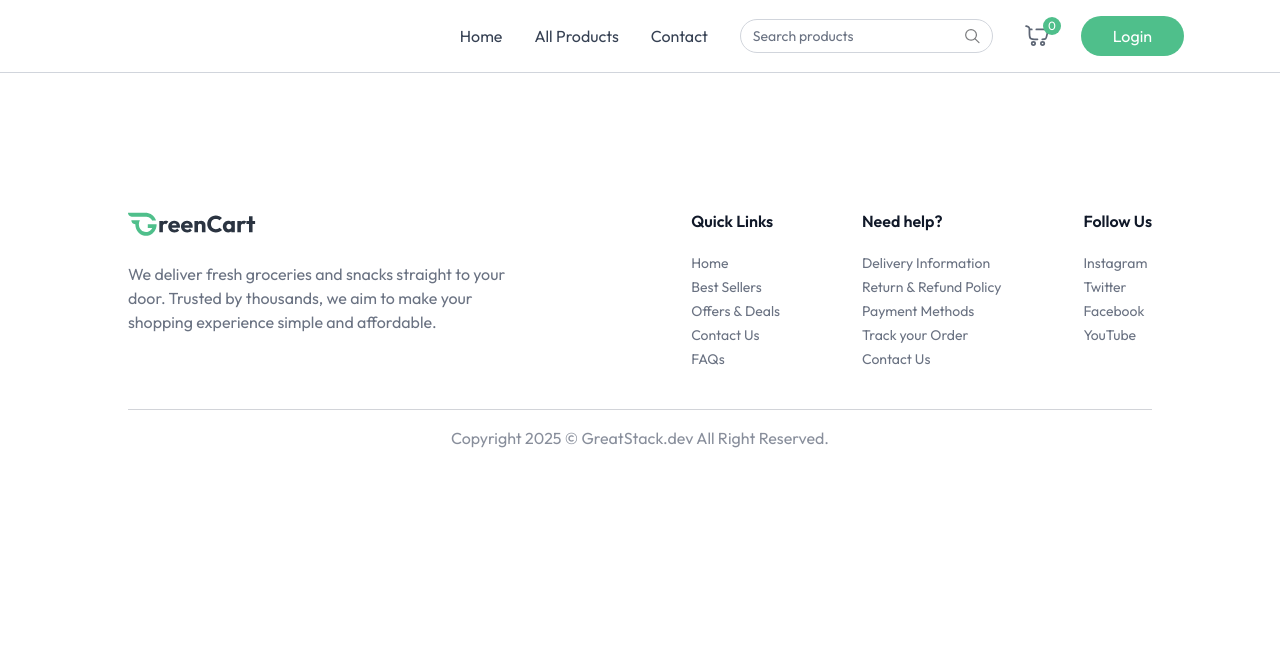
Repository: deepak445566/agro
Page: /cart (app in client/)
The author's editor kept a copy of each file at every save. The page is drawn from the files as they stood at one save, then again after the next save.
The browser window is 1280 px wide. The pictures show the whole page.
The page's requests for data from a server got no answer. Some web fonts or font styles are not loaded; a fallback is used. The project was rebuilt for these pictures with package versions that can differ from the ones it lists, and the page was loaded fresh each time. No one was signed in, and anything a server would have sent is missing. Also part of the build but not shown: client/vite.config.js, client/src/components/MainBanner.jsx, client/src/components/ProductCard.jsx, client/src/components/BestSeller.jsx, client/src/components/BottomBanner.jsx, client/src/components/NewsLetter.jsx, client/src/pages/Home.jsx, client/src/components/Login.jsx and 12 more.

Above is the page before, as saved 2025-12-14 14:24:45.

### client/index.html
<!doctype html>
<html lang="en">
  <head>
    <meta charset="UTF-8" />
    <link rel="icon" type="image/svg+xml" href="/favicon.svg" />
    <meta name="viewport" content="width=device-width, initial-scale=1.0" />
    <title>Grocery</title>
  </head>
  <body>
    <div id="root"></div>
    <script type="module" src="/src/main.jsx"></script>
  </body>
</html>

### client/src/main.jsx
import { StrictMode } from 'react'
import { createRoot } from 'react-dom/client'
import './index.css'
import App from './App.jsx'
import {BrowserRouter} from 'react-router-dom'
import { AppContextProvider } from './context/AppContext.jsx'


createRoot(document.getElementById('root')).render(
  <BrowserRouter>
  <AppContextProvider>
    <App />
    </AppContextProvider>
 </BrowserRouter>,
)

### client/src/index.css



@import url('https://fonts.googleapis.com/css2?family=Anton&family=Archivo+Black&family=Bebas+Neue&family=Bungee&family=Exo+2:ital,wght@0,100..900;1,100..900&family=Frijole&family=Kaushan+Script&family=Lilita+One&family=Mozilla+Headline:wght@200..700&family=Outfit:wght@100..900&family=Poppins:ital,wght@0,100;0,200;0,300;0,400;0,500;0,600;0,700;0,800;0,900;1,100;1,200;1,300;1,500;1,600;1,700;1,800;1,900&family=Rowdies:wght@300;400;700&family=Signika+Negative:wght@300..700&display=swap');

@import "tailwindcss";

*{
  font-family: "Outfit", sans-serif;
}
@theme {
  --color-primary:#4fbf8b;
  --color-primary-dull: #44ae7c;
}

### client/src/App.jsx
import React from 'react'
import Navbar from './components/Navbar'
import Home from './pages/Home'
import { Route, Routes, useLocation } from 'react-router-dom'
import { Toaster } from 'react-hot-toast';
import Footer from './components/Footer';
import { useAppContext } from './context/AppContext';
import Login from './components/Login';
import AllProduct from './pages/AllProduct';
import Productcato from './pages/Productcato';
import ProductDetail from './pages/ProductDetail';
import Cart from './pages/Cart';
import Addaddress from './components/Addaddress';
import Myorders from './pages/Myorders';
import SellerLogin from './components/seller/SellerLogin';
import SellerLayout from './pages/seller/SellerLayout';
import Addproduct from './pages/seller/Addproduct';
import ProductList from './pages/seller/ProductList';
import Order from './pages/seller/Order';
import Loading from './components/Loading';

function App() {

  const isSellerPath = useLocation().pathname.includes("seller");
const {showLogin,isSeller} =useAppContext();


  return (
  <>
  <div className='text-default min-h-screen text-gray-700 bg-white'>
{isSellerPath ? null : <Navbar/>}
{showLogin ? <Login/> : null}
<Toaster></Toaster>
<div className={` ${isSellerPath ? " ":"px-6 md:px-16 lg:px-24 xl:px-32" }`}>
  <Routes>
    <Route path='/' element={<Home/>}/>
    <Route path='/products' element={<AllProduct/>}/>
    <Route path='/products/:category' element={<Productcato/>}/>
    <Route path='/products/:category/:id' element={<ProductDetail/>}/>
  <Route path='/cart' element={<Cart/>}/>
  <Route path='/add-address' element={<Addaddress/>}/>
  <Route path='/myOrders' element={<Myorders/>}/>
<Route path="/loader" element={<Loading/>}/>



  <Route path='/seller' element={isSeller?<SellerLayout/> :<SellerLogin/>}>
  <Route index element={isSeller?<Addproduct/>:null} />
<Route path='product-list' element={isSeller?<ProductList/>:null} />
<Route path='orders' element={<Order/>}/>



  </Route>


  </Routes>
</div>
 {!isSellerPath && <Footer />}
</div>
  </>
  )
}

export default App

### client/src/context/AppContext.jsx
import { createContext, useContext, useEffect, useState } from "react";
import { useNavigate } from "react-router-dom";

import toast from "react-hot-toast";
import axios from "axios";


axios.defaults.withCredentials = true;
axios.defaults.baseURL = import.meta.env.VITE_BACKEND_URL;






export const AppContext = createContext();

export const AppContextProvider = ({ children }) => {
  const navigate = useNavigate();

  const [user, setUser] = useState(null);
  const [isSeller, setIsSeller] = useState(false);
  const [showLogin, setShowLogin] = useState(false);
  const [products, setProducts] = useState([]);
  const [cartItems, setCartItems] = useState({});
  const [search, setSearch] = useState({});

  //status//
  const fetchSeller = async () =>{
    try {
      const {data} = await axios.get("/api/seller/isauth");
      if(data.success){
        setIsSeller(true);
      }
      else{
        setIsSeller(false);
      }
    } catch (error) {
      setIsSeller(false);
    }
  }



  const fetchUser = async ()=>{
    try {
      const {data} = await axios.get('/api/user/isauth');
      if(data.success){
        setUser(data.user)
        setCartItems(data.user.cartItems)

      }
    } catch (error) {
      setUser(null)
    }
  }


  // Fetch products
  const fetchProducts = async () => {
   try{
const {data} = await axios.get("/api/product/list")
if(data.success){
  setProducts(data.products)
}else{
  toast.error(data.message)
}
   }catch(error){
toast.error(error.message)
   }
  };

  // Add to cart
  const addToCart = (itemId) => {
    let cartData = structuredClone(cartItems);
    if (cartData[itemId]) {
      cartData[itemId] += 1;
    } else {
      cartData[itemId] = 1;
    }
    setCartItems(cartData);
    console.log(cartItems);
    toast.success("Added to Cart");
  };

  // Update cart quantity
  const updateCart = (itemId, quantity) => {
    let cartData = structuredClone(cartItems);
    if (quantity <= 0) {
      delete cartData[itemId];
    } else {
      cartData[itemId] = quantity;
    }
    setCartItems(cartData);
  };

  // Remove product from cart completely
  const removeFromCart = (itemId) => {
    let cartData = structuredClone(cartItems);
    if (cartData[itemId]) {
      delete cartData[itemId];
      setCartItems(cartData);
      toast.success("Removed from Cart");
    }
  };

  const getcount = () => {
    let totalcount = 0;
    for (const item in cartItems) {
      totalcount += cartItems[item];
    }
    return totalcount;
  };

  const gettotal = () => {
    let totalAmount = 0;
    for (const itemId in cartItems) {
      let itemInfo = products.find((pro) => pro._id === itemId);
      if (itemInfo && cartItems[itemId] > 0) {
        totalAmount += itemInfo.offerPrice * cartItems[itemId]; // ✅ fixed property name
      }
    }
    return Math.floor(totalAmount * 100) / 100;
  };

  useEffect(() => {
    fetchSeller()
    fetchUser()
    fetchProducts()
  }, []);
//databasecrt items//
useEffect(()=>{
const updateCart = async () => {
  try {
    const { data } = await axios.post('/api/cart/update', {
      userId: user._id,   // make sure user object has _id
      cartItems
    });
    if (!data.success) {
      toast.error(data.message);
    }
  } catch (error) {
    toast.error(error.message);
  }
};

if(user){
  updateCart()
}


},[cartItems])



  const value = {
    navigate,
    user,
    setUser,
    isSeller,
    setIsSeller,
    showLogin,
    setShowLogin,
    products,
    addToCart,
    updateCart,
    removeFromCart, // ⬅ new function
    cartItems,
    search,
    setSearch,
    getcount,
    gettotal,
    axios,
    fetchProducts,
    setCartItems
  };

  return <AppContext.Provider value={value}>{children}</AppContext.Provider>;
};

// Custom hook
export const useAppContext = () => {
  return useContext(AppContext);
};

### client/src/components/Navbar.jsx
import React, { useEffect } from 'react'
import { NavLink } from 'react-router-dom'
import { assets } from '../assets/assets'
import { useAppContext } from '../context/AppContext'
import toast from 'react-hot-toast'
function Navbar() {
     const [open, setOpen] = React.useState(false)
     const {user,setUser,setShowLogin,navigate,setSearch,search,getcount,axios}= useAppContext();

     useEffect(()=>{
if(search.length>0){
  navigate("/products")
}
     },[search])


     const Logout=async()=>{

      try{
const {data} = await axios.get("/api/user/logout")
if(data.success){
  toast.success(data.message)
     setUser(null);
      navigate('/')
}else{
  toast.error(data.message)
}
      }catch(error){
toast.error(error.message)
      }

     }
  return (
  <>
 <nav className="flex items-center justify-between px-6 md:px-16 lg:px-24  py-4 border-b border-gray-300 bg-white relative transition-all z-40">

          <NavLink to='/' onClick={()=>setOpen(false)}>
            <img src=""/>
          </NavLink>

            {/* Desktop Menu */}
            <div className="hidden sm:flex items-center gap-8">
              <NavLink to="/">Home</NavLink>
                <NavLink to="/products">All Products</NavLink>
                  <NavLink to="/">Contact</NavLink>

                <div className="hidden lg:flex items-center text-sm gap-2 border border-gray-300 px-3 rounded-full">
                    <input onChange={(e)=>setSearch(e.target.value)} className="py-1.5 w-full bg-transparent outline-none placeholder-gray-500" type="text" placeholder="Search products" />
                   <img src={assets.search_icon} className='w-4 h-4'/>
                </div>

                <div onClick={()=>navigate("/cart")} className="relative cursor-pointer ">
                   <img src={assets.nav_cart_icon} className='w-6 opacity-80'/>
                    <button className="absolute -top-2 -right-3 text-xs text-white bg-primary w-[18px] h-[18px] rounded-full">{getcount()}</button>
                </div>

                {!user ? (<button onClick={()=>setShowLogin(true)} className="cursor-pointer px-8 py-2 bg-primary hover:bg-primary-dull transition text-white rounded-full">
                    Login
                </button>):(
                  <div className='relative group'>

                    <img src={assets.profile_icon} className='w-10'/>
                    <ul className='hidden group-hover:block absolute top-10 right-0 bg-white shadow border border-gray-200  py-2.5 w-30 rounded-md text-sm z-40'>
                      <li onClick={()=>navigate("myOrders")} className='p-1.5 pl-3 hover:bg-primary/10 cursor-pointer'>
                        My Orders
                      </li>
                      <li onClick={()=>Logout()} className='p-1.5 pl-3 hover:bg-primary/10 cursor-pointer'>Logout</li>
                    </ul>
                  </div>
                )}
            </div>
<div className='flex items-center gap-6 sm:hidden'>

                <div onClick={()=>navigate("/cart")} className="relative cursor-pointer ">
                   <img src={assets.nav_cart_icon} className='w-6 opacity-80'/>
                    <button className="absolute -top-2 -right-3 text-xs text-white bg-primary w-[18px] h-[18px] rounded-full">{getcount()}</button>
                </div>
    <button onClick={() => open ? setOpen(false) : setOpen(true)} aria-label="Menu" >
                {/* Menu Icon SVG */}
              <img src={assets.menu_icon}/>
            </button>
</div>


            {/* Mobile Menu */}
            <div className={`${open ? 'flex' : 'hidden'} absolute top-[60px] left-0 w-full bg-white shadow-md py-4 flex-col items-start gap-2 px-5 text-sm md:hidden`}>
              <NavLink to="/" onClick={()=>setOpen(false)}>Home</NavLink>
                       <NavLink to="/products" onClick={()=>setOpen(false)}>All Products</NavLink>
                       {user &&
                             <NavLink to="/products" onClick={()=>setOpen(false)}>My Orders</NavLink>}

              <NavLink to="/" onClick={()=>setOpen(false)}>Contact</NavLink>


              {!user?( <button          onClick={()=>{setOpen(false), setShowLogin(true)}}

              className="cursor-pointer px-6 py-2 mt-2 bg-primary hover:bg-primary-dull transition text-white rounded-full text-sm">

                    Login
                </button>):( <button onClick={()=>Logout()} className="cursor-pointer px-6 py-2 mt-2 bg-primary hover:bg-primary-dull transition text-white rounded-full text-sm">
                    Logout
                </button>)}

            </div>

        </nav>
  </>
  )
}

export default Navbar

### client/src/components/Footer.jsx
import React from 'react'
import { assets, footerLinks } from '../assets/assets'

function Footer() {
  return (
 <>
  <div className="px-6 md:px-16 lg:px-24 xl:px-32 mt-24">
            <div className="flex flex-col md:flex-row items-start justify-between gap-10 py-10 border-b border-gray-500/30 text-gray-500">
                <div>
                    <img className="w-34 md:w-32" src={assets.logo} alt="dummyLogoColored" />
                    <p className="max-w-[410px] mt-6">We deliver fresh groceries and snacks straight to your door. Trusted by thousands, we aim to make your shopping experience simple and affordable.</p>
                </div>
                <div className="flex flex-wrap justify-between w-full md:w-[45%] gap-5 ">
                    {footerLinks.map((section, index) => (
                        <div key={index}>
                            <h3 className="font-semibold text-base text-gray-900 md:mb-5 mb-2">{section.title}</h3>
                            <ul className="text-sm space-y-1">
                                {section.links.map((link, i) => (
                                    <li key={i}>
                                        <a href={link.url} className="hover:underline transition">{link.text}</a>
                                    </li>
                                ))}
                            </ul>
                        </div>
                    ))}
                </div>
            </div>
            <p className="py-4 text-center text-sm md:text-base text-gray-500/80">
                Copyright 2025 © <a href="https://prebuiltui.com">GreatStack.dev</a> All Right Reserved.
            </p>
        </div>

 </>
  )
}

export default Footer

### client/src/assets/assets.js
import logo from "./logo.svg";
import search_icon from "./search_icon.svg";
import remove_icon from "./remove_icon.svg";
import arrow_right_icon_colored from "./arrow_right_icon_colored.svg";
import star_icon from "./star_icon.svg";
import star_dull_icon from "./star_dull_icon.svg";
import cart_icon from "./cart_icon.svg";
import nav_cart_icon from "./nav_cart_icon.svg";
import add_icon from "./add_icon.svg";
import refresh_icon from "./refresh_icon.svg";
import product_list_icon from "./product_list_icon.svg";
import order_icon from "./order_icon.svg";
import upload_area from "./upload_area.png";
import profile_icon from "./profile_icon.png";
import menu_icon from "./menu_icon.svg";
import delivery_truck_icon from "./delivery_truck_icon.svg";
import leaf_icon from "./leaf_icon.svg";
import coin_icon from "./coin_icon.svg";
import box_icon from "./box_icon.svg";
import trust_icon from "./trust_icon.svg";
import black_arrow_icon from "./black_arrow_icon.svg";
import white_arrow_icon from "./white_arrow_icon.svg";
import main_banner_bg from "./main_banner_bg.png";
import main_banner_bg_sm from "./main_banner_bg_sm.png";
import bottom_banner_image from "./bottom_banner_image.png";
import bottom_banner_image_sm from "./bottom_banner_image_sm.png";
import add_address_iamge from "./add_address_image.svg";
import organic_vegitable_image from "./organic_vegitable_image.png";
import fresh_fruits_image from "./fresh_fruits_image.png";
import bottles_image from "./bottles_image.png";
import maggi_image from "./maggi_image.png";
import dairy_product_image from "./dairy_product_image.png";
import bakery_image from "./bakery_image.png";
import grain_image from "./grain_image.png";


export const assets = {
  logo,
  search_icon,
  remove_icon,
  arrow_right_icon_colored,
  star_icon,
  star_dull_icon,
  cart_icon,
  nav_cart_icon,
  add_icon,
  refresh_icon,
  product_list_icon,
  order_icon,
  upload_area,
  profile_icon,
  menu_icon,
  delivery_truck_icon,
  leaf_icon,
  coin_icon,
  trust_icon,
  black_arrow_icon,
  white_arrow_icon,
  main_banner_bg,
  main_banner_bg_sm,
  bottom_banner_image,
  bottom_banner_image_sm,
  add_address_iamge,
  box_icon,
};

export const categories = [



  // 🌱 New Categories
  {
    text: "Air Purifier",
    path: "AirPurifier",

    bgColor: "#E8F5E9",
  },
  {
    text: "Spray",
    path: "Spray",

    bgColor: "#FFF3E0",
  },
  {
    text: "Indoor Plants",
    path: "IndoorPlants",

    bgColor: "#E3F2FD",
  },
  {
    text: "Kisaan Charger",
    path: "KisaanCharger",

    bgColor: "#F1F8E9",
  },
  {
    text: "Ceramic Pots",
    path: "CeramicPots",

    bgColor: "#FCE4EC",
  },
  {
    text: "Low Maintenance Plants",
    path: "LowMaintenance",

    bgColor: "#E0F2F1",
  },
  {
    text: "Urea",
    path: "Urea",

    bgColor: "#FFFDE7",
  },
  {
    text: "Fertilizer & DAP",
    path: "Fertilizer",

    bgColor: "#F3E5F5",
  },
];


export const footerLinks = [
  {
    title: "Quick Links",
    links: [
      { text: "Home", url: "#" },
      { text: "Best Sellers", url: "#" },
      { text: "Offers & Deals", url: "#" },
      { text: "Contact Us", url: "#" },
      { text: "FAQs", url: "#" },
    ],
  },
  {
    title: "Need help?",
    links: [
      { text: "Delivery Information", url: "#" },
      { text: "Return & Refund Policy", url: "#" },
      { text: "Payment Methods", url: "#" },
      { text: "Track your Order", url: "#" },
      { text: "Contact Us", url: "#" },
    ],
  },
  {
    title: "Follow Us",
    links: [
      { text: "Instagram", url: "#" },
      { text: "Twitter", url: "#" },
      { text: "Facebook", url: "#" },
      { text: "YouTube", url: "#" },
    ],
  },
];

export const features = [
  {
    icon: delivery_truck_icon,
    title: "Fastest Delivery",
    description: "Groceries delivered in under 30 minutes.",
  },
  {
    icon: leaf_icon,
    title: "Freshness Guaranteed",
    description: "Fresh produce straight from the source.",
  },
  {
    icon: coin_icon,
    title: "Affordable Prices",
    description: "Quality groceries at unbeatable prices.",
  },
  {
    icon: trust_icon,
    title: "Trusted by Thousands",
    description: "Loved by 10,000+ happy customers.",
  },
];



export const dummyAddress = [
  {
    _id: "67b5b9e54ea97f71bbc196a0",
    userId: "67b5880e4d09769c5ca61644",
    firstName: "Great",
    lastName: "Stack",
    email: "user.greatstack@gmail.com",
    street: "Street 123",
    city: "Main City",
    state: "New State",
    zipcode: 123456,
    country: "IN",
    phone: "1234567890",
  },
];

After the next save:
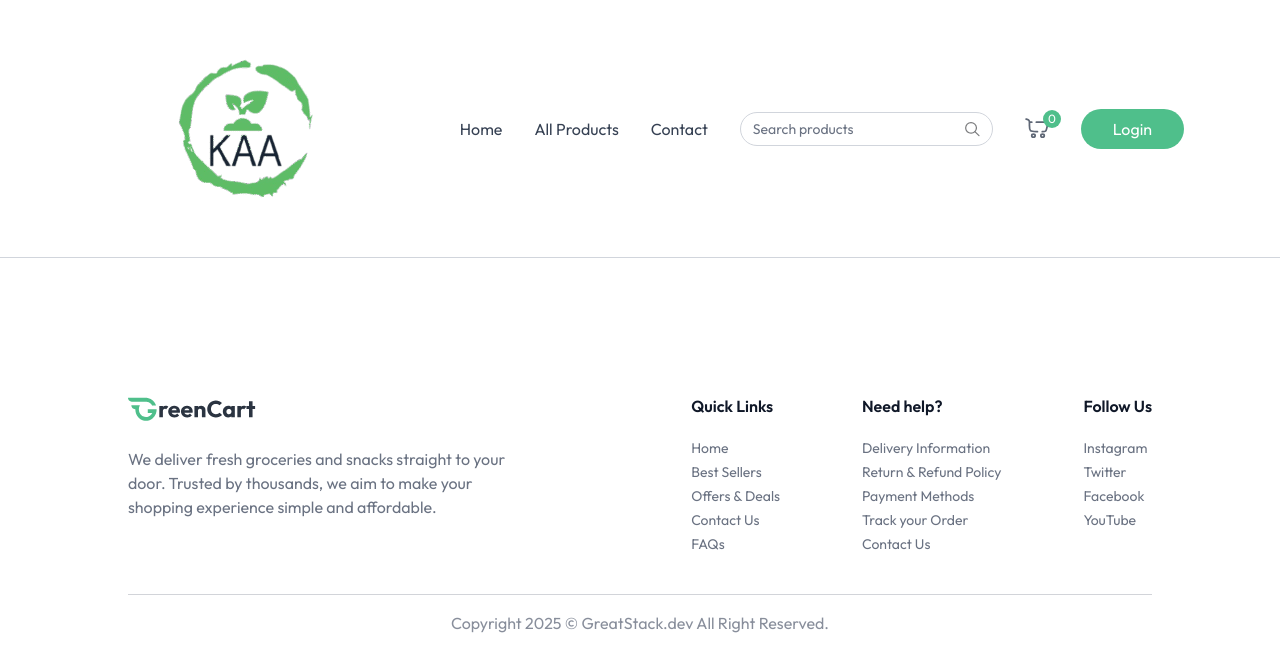
Saved 4 s later.
--- a/client/src/components/Navbar.jsx
+++ b/client/src/components/Navbar.jsx
@@ -35,7 +35,7 @@
  <nav className="flex items-center justify-between px-6 md:px-16 lg:px-24  py-4 border-b border-gray-300 bg-white relative transition-all z-40">
 
           <NavLink to='/' onClick={()=>setOpen(false)}>
-            <img src=""/>
+            <img src="/logo.png"/>
           </NavLink>
 
             {/* Desktop Menu */}
